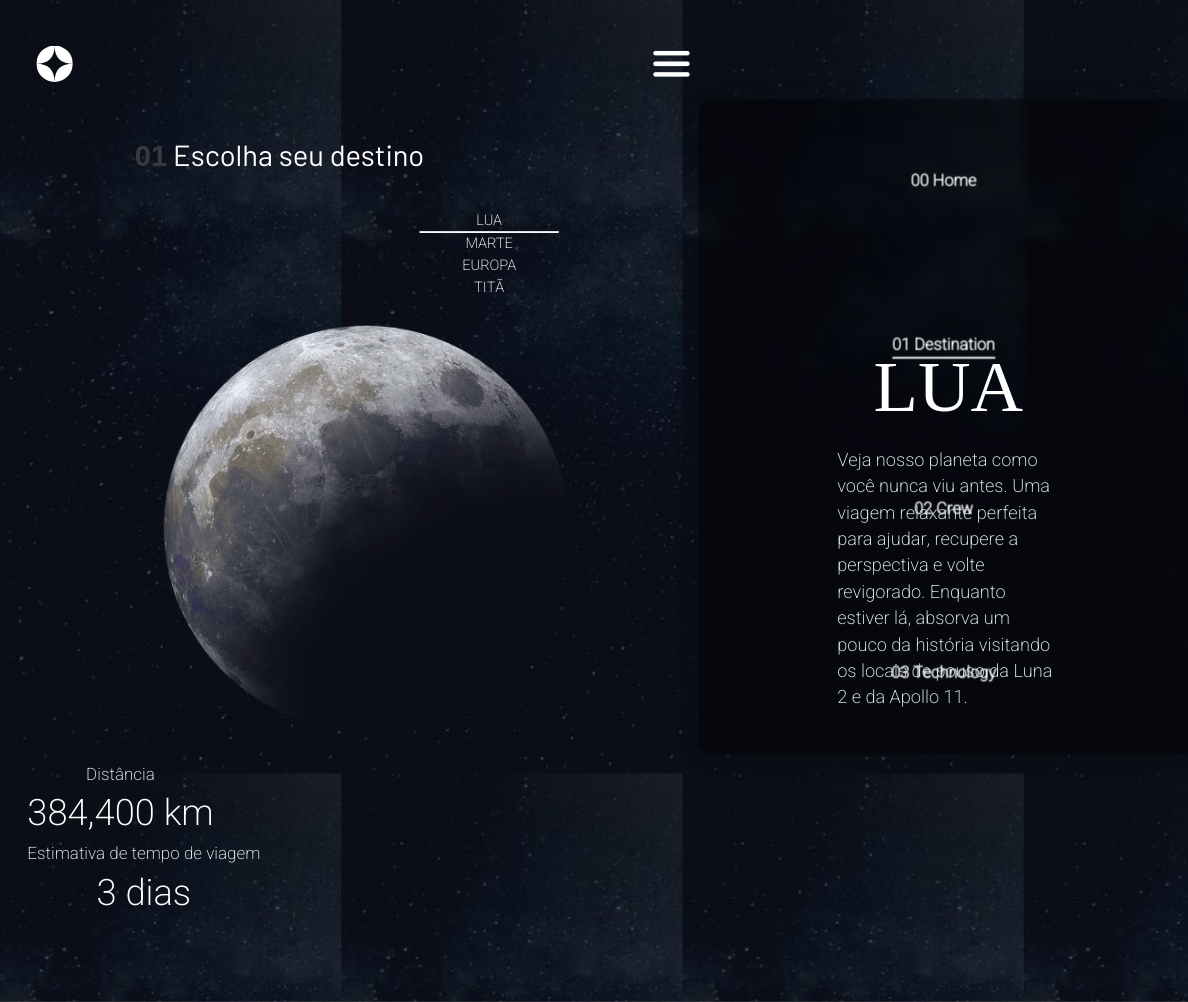
Repository: Leonngc/space-site
Page: space-tourism-website-main/space-tourism-website-main/starter-code/destination-moon.html
These files come from the project's save history. The page is drawn as it stood at one moment and after the next save; the edit follows.
The browser window is 768 px wide. The page is 1306 px wide, so the pictures cover 1306 px, including what lies to the right of the window. The pictures show the whole page, at 91% of full size.
Some web libraries are served in a nearby version.

Above is the page before, as saved 2023-04-30 01:13:48.

### space-tourism-website-main/space-tourism-website-main/starter-code/destination-moon.html
<!DOCTYPE html>
<html lang="en">
<head>
  <meta charset="UTF-8">
  <meta name="viewport" content="width=device-width, initial-scale=1.0">

  <link rel="icon" type="image/png" sizes="32x32" href="./assets/favicon-32x32.png">
  <link rel='stylesheet' href='https://cdn-uicons.flaticon.com/uicons-bold-rounded/css/uicons-bold-rounded.css'>
  <link rel="stylesheet" href="styles/menu.css">
  <link rel="stylesheet" href="styles/destination.css">
  <script src="script/menu.js" defer></script>
  <title>Frontend Mentor | Space tourism website</title>
</head>
<body>

  <header>
    <img src="assets/shared/logo.svg" alt="" class="logo">

    <div class="line"></div>
    <nav>
      <button class="menu-button"><i class="fi fi-br-menu-burger"></i></button>
      <ul class="menu">
      <li class="item-menu"><a href="#">00 Home</a></li>
      <li class="item-menu page-active"><a href="#">01 Destination</a></li>
      <li class="item-menu"><a href="#">02 Crew</a></li>
      <li class="item-menu"><a href="#">03 Technology</a></li>
      </ul>
    </nav>

  </header>

<main>

    <h1><strong>01</strong> Escolha seu destino</h1>

    <ul class="nav-travel">
      <li class="travel-destiny page-active"><a href="">Lua</a></li>
      <li class="travel-destiny"><a href="">Marte</a></li>
      <li class="travel-destiny"><a href="">Europa</a></li>
      <li class="travel-destiny"><a href="">Titã</a></li>
    </ul>

    <div class="destination-container">
      <img src="assets/destination/image-moon.png" alt="">

      <div class="destination-info">
        <h2>Lua</h2>
        <p>
          Veja nosso planeta como você nunca viu antes. Uma viagem relaxante perfeita para ajudar,
          recupere a perspectiva e volte revigorado. Enquanto estiver lá, absorva um pouco da história
          visitando os locais de pouso da Luna 2 e da Apollo 11.
        </p>
      </div>
    </div>
   <div class="travel-container">
     <div class="info-travel">
       <h3>Distância</h3>
        <span>384,400 km</span>
     </div>

      <div class="info-travel">
        <h3>Estimativa de tempo de viagem</h3>
        <span>3 dias</span>
      </div>
   </div>

</main>
</body>
</html>

### space-tourism-website-main/space-tourism-website-main/starter-code/styles/menu.css
@import url('https://fonts.googleapis.com/css2?family=Heebo:wght@200&display=swap');

*{
    padding: 0;
    margin: 0;
}

body{
    overflow-x: hidden;
}

header{
    display: flex;
    justify-content: space-between;
}

.menu{
    margin-top: 20px;
    display: flex;
    width: 40vw ;
    height: 12vh;
    position: relative;
    list-style: none;
    background: rgba(255, 255, 255, 0.21);
    background: rgba(255, 255, 255, 0.08);
    box-shadow: 0 4px 30px rgba(0, 0, 0, 0.1);
    backdrop-filter: blur(5px);
    -webkit-backdrop-filter: blur(5px);
}

.item-menu{
    margin: auto;
}

.item-menu a{
    text-decoration: none;
    font-family: 'Heebo', sans-serif;
    color: white;
}


.line{
    background-color:  rgba(255, 255, 255, 0.21);

    height: 2px;
    width: 1110px;
    margin-top: 68px;
    margin-left: 30px;
}

.logo{
    margin-top: 30px;
    margin-left: 20px;
    width: 40px;
    height: 40px;
    padding: 20px;
}

.page-active{
    border-bottom: 2px solid white;
}

ul li > a:hover{
    font-size: 18px;
    transition: 2s;
}

.menu-button{
    display: none;
}



@media screen and (max-width: 990px){
    .line{
        display: none;
    }


    .menu{
        position: absolute;
        right: 0;
        width: 70vw;
        height: 90vh;
        display: flex;
        margin: 0;
        border-top-left-radius: 15px;
        border-bottom-left-radius: 15px;
        transform: translateX(100%);
        transition: transform 0.6s ease-in;
        background: rgba(255, 255, 255, 0.346);
        background: rgba(0, 0, 0, 0.47);
        box-shadow: 0 4px 30px rgba(0, 0, 0, 0.1);
        backdrop-filter: blur(5px);
        -webkit-backdrop-filter: blur(5px);
    }

    ul{
        flex-direction: column;
    }


    .menu li{
       color: white;
       font-size: 18px;
       font-weight: bold;
    }

    .menu-button{
        display: block;
        font-size: 40px;
        color: white;
        background: none;
        border: none;
        padding: 10px;
        margin-top: 40px;
    }

    ul.active{
        transform: translateX(0);
    }
}

### space-tourism-website-main/space-tourism-website-main/starter-code/styles/destination.css
@import url('https://fonts.googleapis.com/css2?family=Barlow&display=swap');
@import url('https://fonts.googleapis.com/css2?family=Heebo:wght@200&display=swap');
/*  font-family: 'Barlow', sans-serif;
    font-family: 'Heebo', sans-serif;
*/

:root{
    --title-font: 'Barlow';
    --paragraph-font: 'Heebo';
}

*{
    padding: 0;
    margin: 0;
}

body{
    max-width: 100vw;
    background-image: url(../assets/destination/background-destination-desktop.jpg);
}

main{
    color: white;
}

h1{
    font-family: var(--title-font);
    padding: 40px;
    font-weight: 100;
}

strong{
    color: #393941;
    font-family: Arial, Helvetica, sans-serif;
}

.nav-travel{
    width: 40vw;
    list-style: none;
    display: flex;
    float: right;
}

.nav-travel a{
    text-decoration: none;
    text-transform: uppercase;
    color: #f0f0f0;
    font-family: var(--paragraph-font);
    padding: 30px;
}

.destination-container{
    margin-left: 30px;
}

.destination-container > img{
    margin-left: 120px;
    padding: 30px;
}


.destination-info{
    width: 37vw;
    position: absolute;
    top: 380px;
    left: 900px;
}

.destination-info h2{
    font-size: 80px;
    font-weight: 200;
    font-family: serif;
    text-transform: uppercase;
}

.destination-info p{
    font-family: var(--paragraph-font);
    font-size: 20px;
    padding: 20px;
    font-weight: lighter;
    text-align: start;
    color: #dbe5e6;
}

.travel-container{
    float: right;
    display: flex;
    padding: 0px;
    flex-wrap: wrap;
    margin-bottom: 90px;
    margin-right: 100px;
}

.info-travel{
    font-family: var(--paragraph-font);
    padding: 0px 30px 0px 30px;
}


.info-travel h3{
    font-weight: lighter;
    color: #dbe5e6;
}

.info-travel > span{
    font-size: 40px;
    font-weight: lighter;
}

@media screen and (max-width: 990px){
    body{
        background-image: url(../assets/destination/background-destination-mobile.jpg);
    }

    main{
        text-align: center;
        width: 80vw;
    }

    .nav-travel{
        width: 20vw;
    }

    .
}

### space-tourism-website-main/space-tourism-website-main/starter-code/script/menu.js
class MobileNavbar{
    constructor(mobileMenu, navList, navLink){
        this.mobileMenu = document.querySelector(mobileMenu);
        this.navList = document.querySelector(navList);
        this.navLink = document.querySelector(navLink);
        this.activeClass = "active";
        this.handleClick = this.handleClick.bind(this)
    }

    handleClick(){
        this.navList.classList.toggle(this.activeClass);
        this.mobileMenu.classList.toggle(this.activeClass)
    }

    addClickEvent(){
        this.mobileMenu.addEventListener("click", this.handleClick);
    }

    init(){
        if(this.mobileMenu){
            this.addClickEvent();
        }
        return this;
    }
}

const mobileNavbar = new MobileNavbar(
    "nav",
    "ul",
    "ul li",
);

mobileNavbar.init()

After the next save:
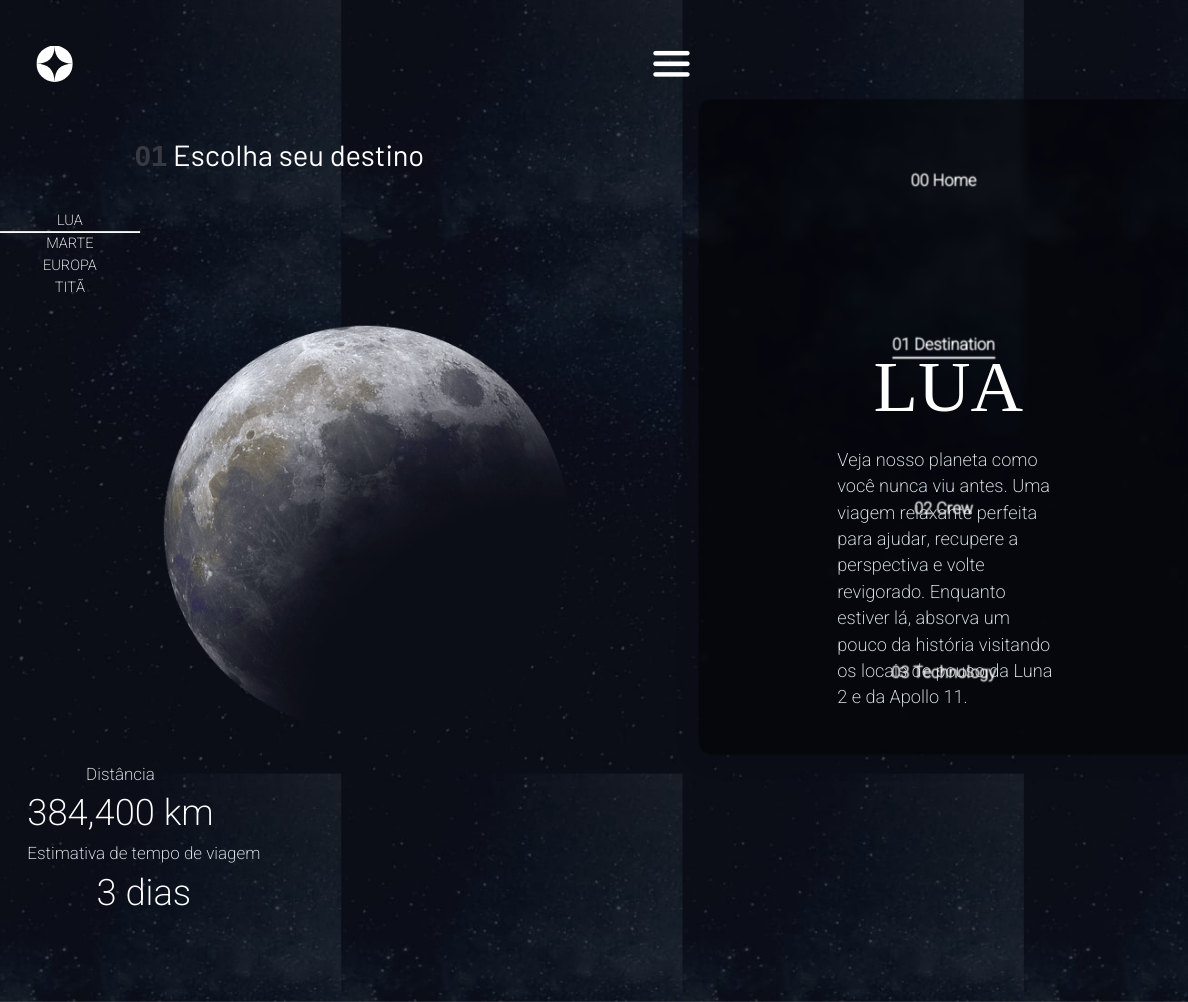
Saved 7 s later.
--- a/space-tourism-website-main/space-tourism-website-main/starter-code/styles/destination.css
+++ b/space-tourism-website-main/space-tourism-website-main/starter-code/styles/destination.css
@@ -121,5 +121,7 @@ strong{
         width: 20vw;
     }
 
-    .
+    .nav-travel{
+        float: none;
+    }
 }
